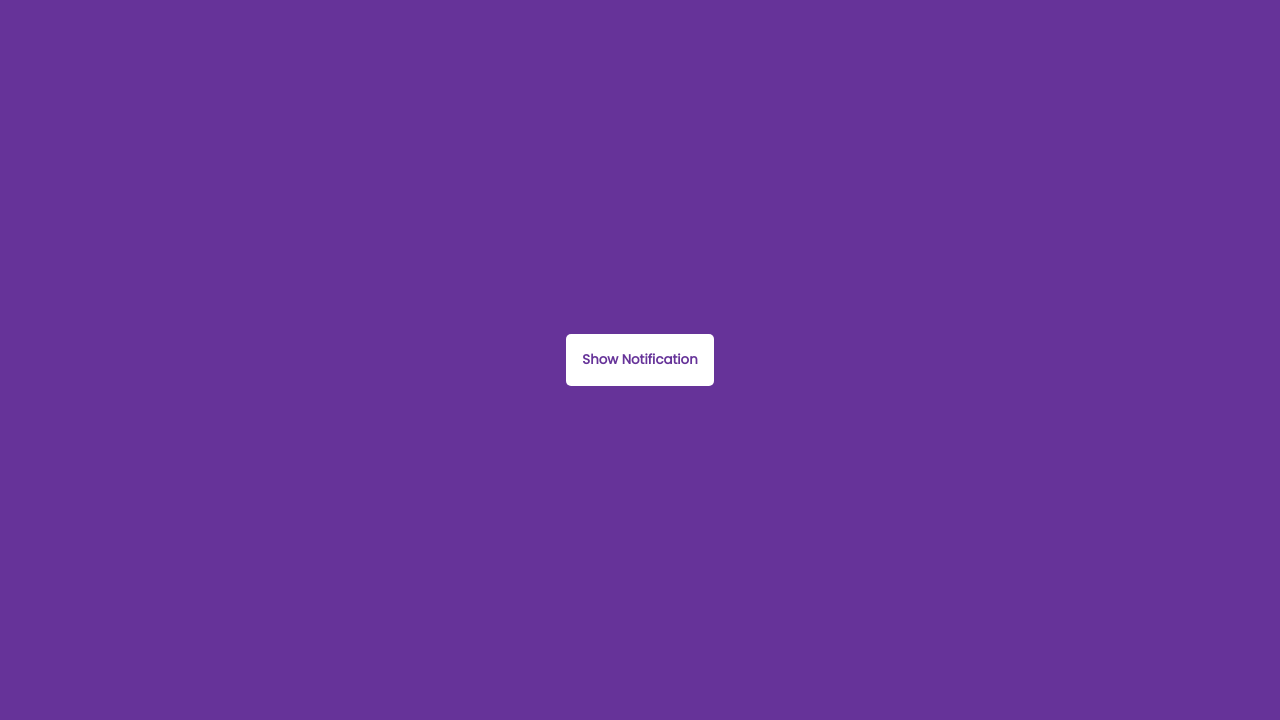
Repository: eagle-tex/50-projects-BT
Page: 27-toast-notification/index.html
An editor plug-in stored every save of this project. The page is shown before and after the next save, followed by the edit.
The browser window is 1280 px wide. The pictures show the whole page.
After loading, the first visible `#button` was clicked once.

Above is the page before, as saved 2021-01-19 22:41:08.
Console error: ReferenceError: colors is not defined

### 27-toast-notification/index.html
<!DOCTYPE html>
<html lang="en">

<head>
  <meta charset="UTF-8" />
  <meta name="viewport" content="width=device-width, initial-scale=1.0" />
  <link rel="stylesheet" href="style.css" />
  <title>Toast Notification</title>
</head>

<body>
  <div id="toasts">
    <!-- <div class="toast">Hello World</div>
    <div class="toast">Toast Number 2</div> -->
  </div>

  <button class="btn" id="button">Show Notification</button>

  <script src="script.js"></script>
</body>

</html>

### 27-toast-notification/style.css
@import url('https://fonts.googleapis.com/css?family=Poppins:wght@200;400&display=swap');

* {
  box-sizing: border-box;
}

body {
  background-color: rebeccapurple;
  font-family: 'Poppins', sans-serif;
  display: flex;
  flex-direction: column;
  align-items: center;
  justify-content: center;
  height: 100vh;
  overflow: hidden;
  margin: 0;
}

.btn {
  background-color: #fff;
  color: rebeccapurple;
  font-family: inherit;
  font-weight: bold;
  padding: 1rem;
  border-radius: 5px;
  -webkit-border-radius: 5px;
  -moz-border-radius: 5px;
  -ms-border-radius: 5px;
  -o-border-radius: 5px;
  border: none;
  cursor: pointer;
}

.btn:focus {
  outline: none;
}

.btn:active {
  transform: scale(0.98);
  -webkit-transform: scale(0.98);
  -moz-transform: scale(0.98);
  -ms-transform: scale(0.98);
  -o-transform: scale(0.98);
}

#toasts {
  position: fixed;
  bottom: 10px;
  right: 10px;
  display: flex;
  flex-direction: column;
  align-items: flex-end;
}

.toast {
  background-color: #fff;
  border-radius: 5px;
  -webkit-border-radius: 5px;
  -moz-border-radius: 5px;
  -ms-border-radius: 5px;
  -o-border-radius: 5px;
  padding: 1rem 2rem;
  margin: 0.5rem;
}

.toast.info {
  color: rebeccapurple;
}

.toast.success {
  color: green;
}

.toast.error {
  color: red;
}

### 27-toast-notification/script.js
const button = document.getElementById('button');
const toasts = document.getElementById('toasts');
const body = document.querySelector('body');

const messages = [
  'Message One',
  'Something new',
  'Have you seen this?',
  'Unheard of yet!',
];

const types = ['info', 'success', 'error'];

function getRandomMessage() {
  return messages[Math.floor(Math.random() * messages.length)];
}

function getRandomType() {
  return types[Math.floor(Math.random() * types.length)];
}

function createNotification(message = null, type = null) {
  const color = colors[Math.floor(Math.random() * colors.length)];

  const notification = document.createElement('div');
  notification.classList.add('toast');
  notification.classList.add(type || 'info');
  notification.innerText = message || getRandomMessage();
  toasts.appendChild(notification);
  // notification.style.color = color;
  // notification.style.right = 10;
  // notification.style.bottom = 10;

  setTimeout(() => {
    notification.remove();
  }, 3000);
}

button.addEventListener('click', () =>
  createNotification('This is invalid data', 'error')
);

// My version of createNotification
// const colors = ['red', 'green', 'steelblue', 'aqua', 'orange', 'purple'];
// function createNotification() {
//   const message = messages[Math.floor(Math.random() * messages.length)];
//   const color = colors[Math.floor(Math.random() * colors.length)];

//   const toast = document.createElement('div');
//   toast.classList.add('toast');
//   toast.innerText = message;
//   toast.style.color = color;
//   toast.style.right = 10;
//   toast.style.bottom = 10;
//   toasts.appendChild(toast);

//   setTimeout(() => {
//     toasts.removeChild(toast);
//   }, 3000);
// }

After the next save:
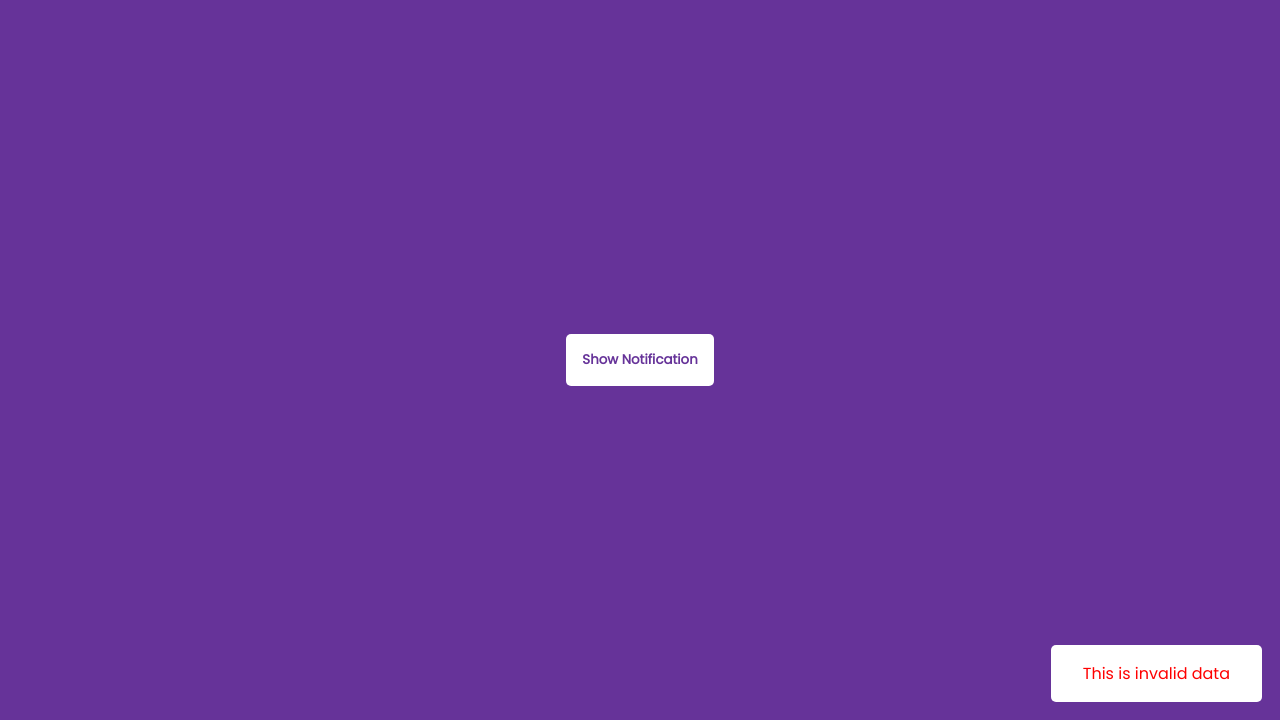
The error is gone.
Saved 25 s later.
--- a/27-toast-notification/script.js
+++ b/27-toast-notification/script.js
@@ -20,8 +20,6 @@ function getRandomType() {
 }
 
 function createNotification(message = null, type = null) {
-  const color = colors[Math.floor(Math.random() * colors.length)];
-
   const notification = document.createElement('div');
   notification.classList.add('toast');
   notification.classList.add(type || 'info');
